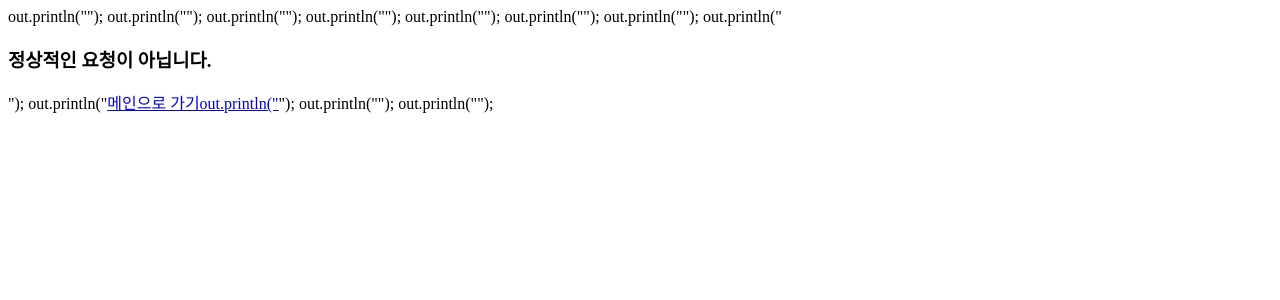
Repository: hyo-lang/java_ICT
Page: mvc1024/src/main/webapp/imsi.html
These files come from the project's save history. The page is drawn as it stood at one moment and after the next save; the edit follows.
The browser window is 1280 px wide. The pictures show the whole page.

Above is the page before, as saved 2024-10-24 03:50:11.

### mvc1024/src/main/webapp/imsi.html
out.println("<!DOCTYPE html>");
out.println("<html>");
out.println("<head>");
out.println("<meta charset="EUC-KR">");
out.println("<title>");Insert title here("</title>");
out.println("</head>");
out.println("<body>");
	out.println("<h3 style=\"color: red\">정상적인 요청이 아닙니다.</h3>");
	out.println("<a href=\"index.jsp\">메인으로 가기out.println("</a>");
out.println("</body>");
out.println("</html>");

After the next save:
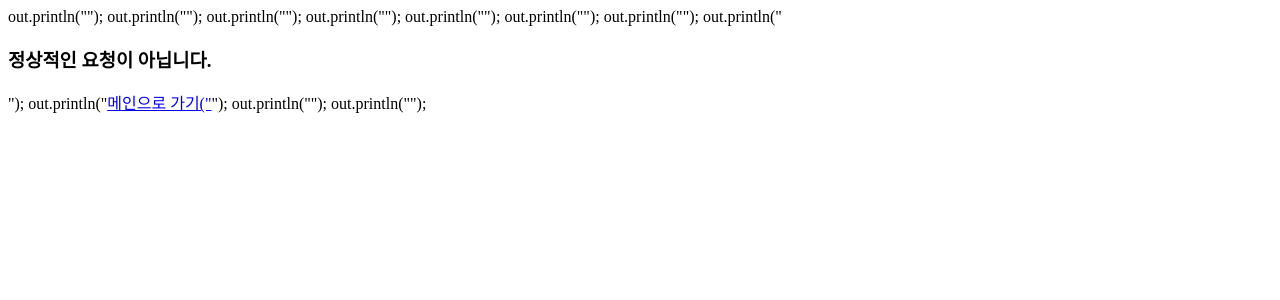
Saved 9 s later.
--- a/mvc1024/src/main/webapp/imsi.html
+++ b/mvc1024/src/main/webapp/imsi.html
@@ -6,6 +6,6 @@ out.println("<title>");Insert title here("</title>");
 out.println("</head>");
 out.println("<body>");
 	out.println("<h3 style=\"color: red\">정상적인 요청이 아닙니다.</h3>");
-	out.println("<a href=\"index.jsp\">메인으로 가기out.println("</a>");
+	out.println("<a href=\"index.jsp\">메인으로 가기("</a>");
 out.println("</body>");
 out.println("</html>");
